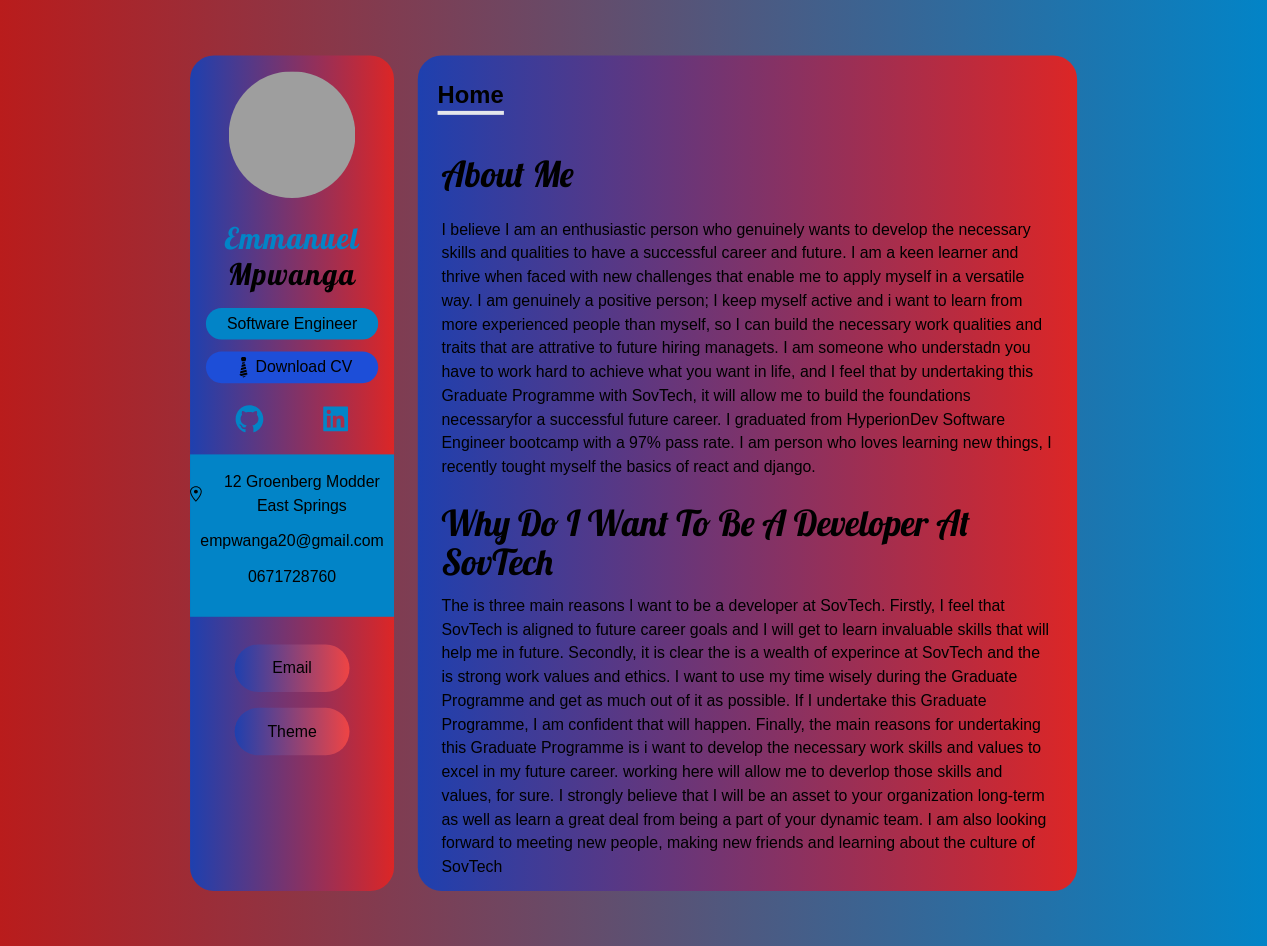
Repository: mannympwanga/portfolio
Page: /
These files come from the project's save history. The page is drawn as it stood at one moment and after the next save; the edit follows.
The browser window is 1280 px wide. The pictures show the whole page, at 99% of full size.
Pictures or frames that could not be fetched are drawn as grey boxes. The project was rebuilt for these pictures with package versions that can differ from the ones it lists, and the page was loaded fresh each time. The framework's server and built-in components were replaced by stand-ins that run in the browser. Also part of the build but not shown: next.config.js.

Above is the page before, as saved 2021-11-24 22:46:58.

After the next save:
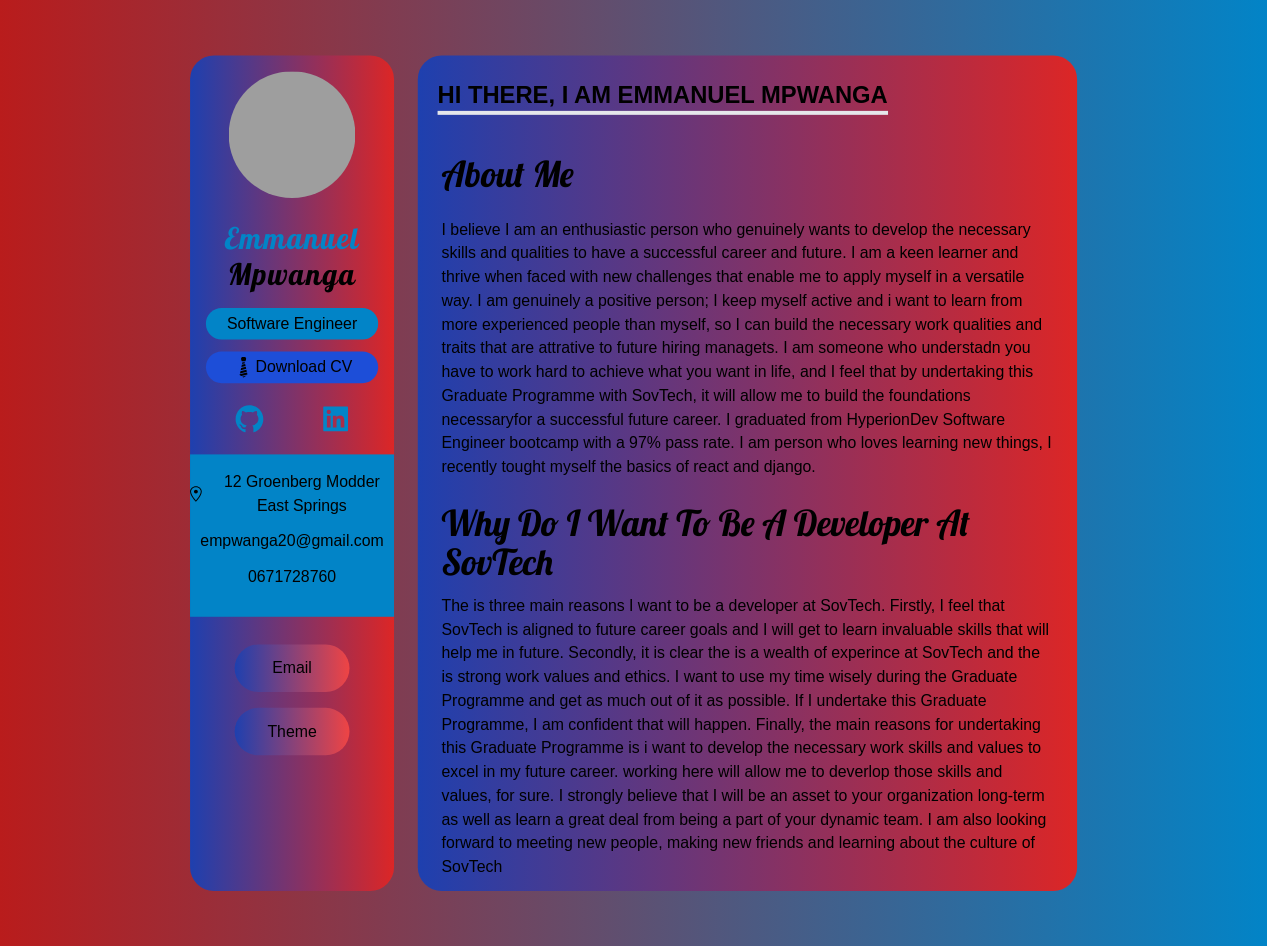
Saved 3 min 32 s later.
--- a/components/Navbar.tsx
+++ b/components/Navbar.tsx
@@ -28,7 +28,7 @@
 
    //later
    useEffect(() => {
-      if (pathname === '/') setActive('Home')
+      if (pathname === '/') setActive('HI THERE, I AM EMMANUEL MPWANGA')
      }, [])
 
    return (
@@ -37,11 +37,11 @@
             {active}
          </span>
 
-         <div className='text-base font-normal md:text-xl'>
+         <div className='text-base font-Lobster md:text-xl'>
             <NavItem
                active={active}
                setActive={setActive}
-               name='Home'
+               name='HI THERE, I AM EMMANUEL MPWANGA'
                route='/'
             />
          </div>
